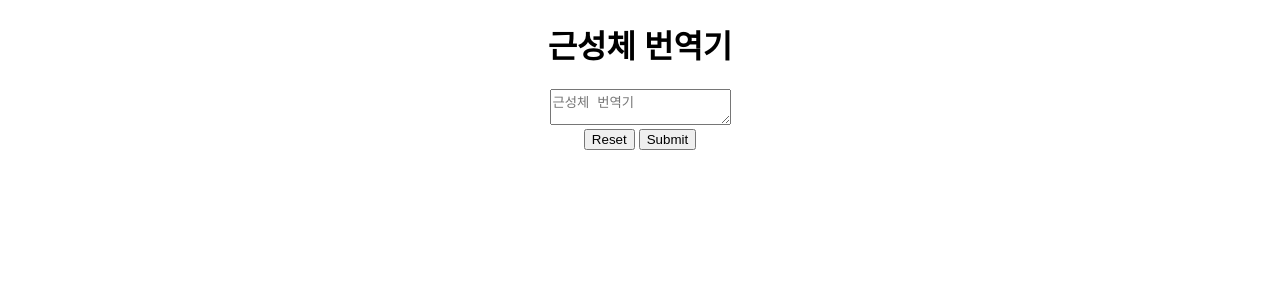
Repository: mickey530/jsp_practice
Page: http://localhost/JSPBasic/sungmo_send.jsp
The author's editor kept a copy of each file at every save. The page is drawn from the files as they stood at one save, then again after the next save.
The browser window is 1280 px wide. The pictures show the whole page.
The page is served by Tomcat 9.

Above is the page before, as saved 2022-02-03 11:39:50.

After the next save:
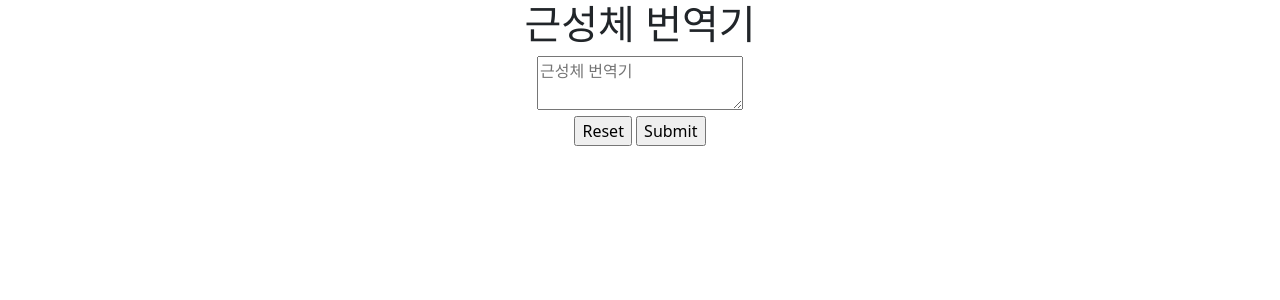
Saved 64 s later.
--- a/JSPBasic/src/main/webapp/sungmo_send.jsp
+++ b/JSPBasic/src/main/webapp/sungmo_send.jsp
@@ -4,6 +4,7 @@
 <html>
 <head>
 <meta charset="UTF-8">
+<link href="https://cdn.jsdelivr.net/npm/bootstrap@5.1.3/dist/css/bootstrap.min.css" rel="stylesheet" integrity="sha384-1BmE4kWBq78iYhFldvKuhfTAU6auU8tT94WrHftjDbrCEXSU1oBoqyl2QvZ6jIW3" crossorigin="anonymous">
 <title>근성체 번역기</title>
 </head>
 <body>
